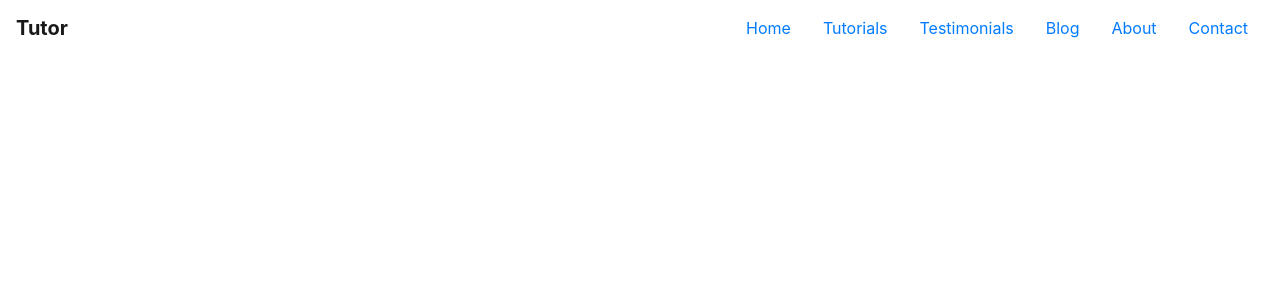
Repository: longvh2003/Tutor
Page: Views/home.html
The author's editor kept a copy of each file at every save. The page is drawn from the files as they stood at one save, then again after the next save.
The browser window is 1280 px wide. The pictures show the whole page.
Some web libraries are served in a nearby version.

Above is the page before, as saved 2020-08-12 16:06:06.

After the next save:
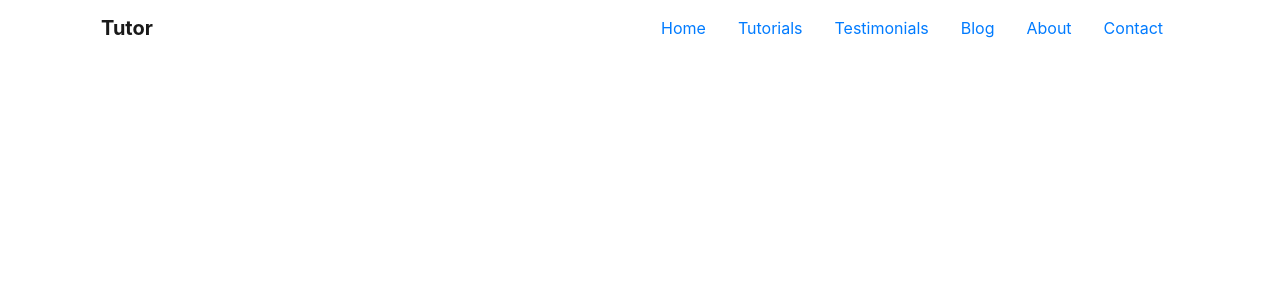
Saved 30 s later.
--- a/Views/home.html
+++ b/Views/home.html
@@ -12,29 +12,33 @@
 </head>
 
 <body>
-    <nav class="navbar navbar-light">
-        <a class="navbar-brand" href="#"><strong>Tutor</strong></a>
-        <ul class="nav justify-content-center">
-            <li class="nav-item">
-                <a class="nav-link" href="#">Home</a>
-            </li>
-            <li class="nav-item">
-                <a class="nav-link" href="#">Tutorials</a>
-            </li>
-            <li class="nav-item">
-                <a class="nav-link" href="#">Testimonials</a>
-            </li>
-            <li class="nav-item">
-                <a class="nav-link" href="#">Blog</a>
-            </li>
-            <li class="nav-item">
-                <a class="nav-link" href="#">About</a>
-            </li>
-            <li class="nav-item">
-                <a class="nav-link" href="#">Contact</a>
-            </li>
-        </ul>
-    </nav>
+    <section>
+        <div class="container">
+            <nav class="navbar navbar-light">
+                <a class="navbar-brand" href="#"><strong>Tutor</strong></a>
+                <ul class="nav justify-content-center">
+                    <li class="nav-item">
+                        <a class="nav-link" href="#">Home</a>
+                    </li>
+                    <li class="nav-item">
+                        <a class="nav-link" href="#">Tutorials</a>
+                    </li>
+                    <li class="nav-item">
+                        <a class="nav-link" href="#">Testimonials</a>
+                    </li>
+                    <li class="nav-item">
+                        <a class="nav-link" href="#">Blog</a>
+                    </li>
+                    <li class="nav-item">
+                        <a class="nav-link" href="#">About</a>
+                    </li>
+                    <li class="nav-item">
+                        <a class="nav-link" href="#">Contact</a>
+                    </li>
+                </ul>
+            </nav>
+        </div>
+    </section>
 </body>
 
 </html>
